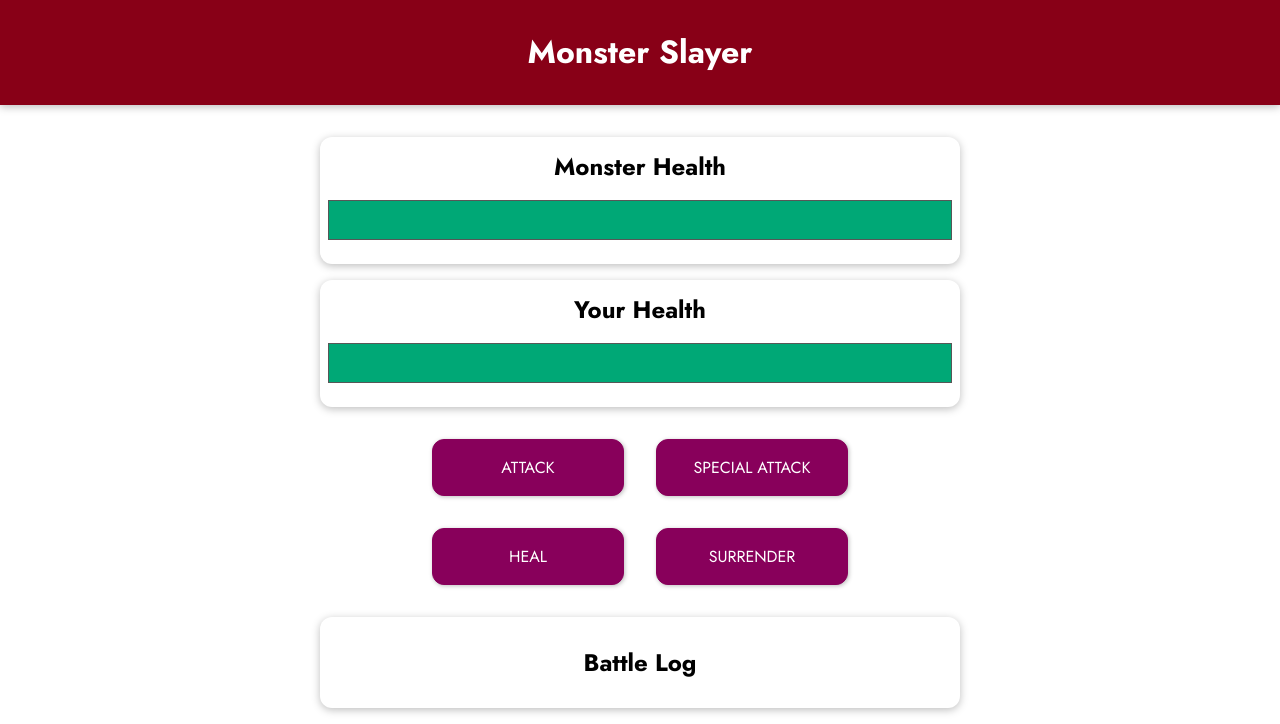
Repository: KayahanKahriman/vue-monster-game
Page: index.html
An editor plug-in stored every save of this project. The page is shown before and after the next save, followed by the edit.
The browser window is 1280 px wide. The pictures show the whole page.

Above is the page before, as saved 2022-02-14 13:40:18.

After the next save:
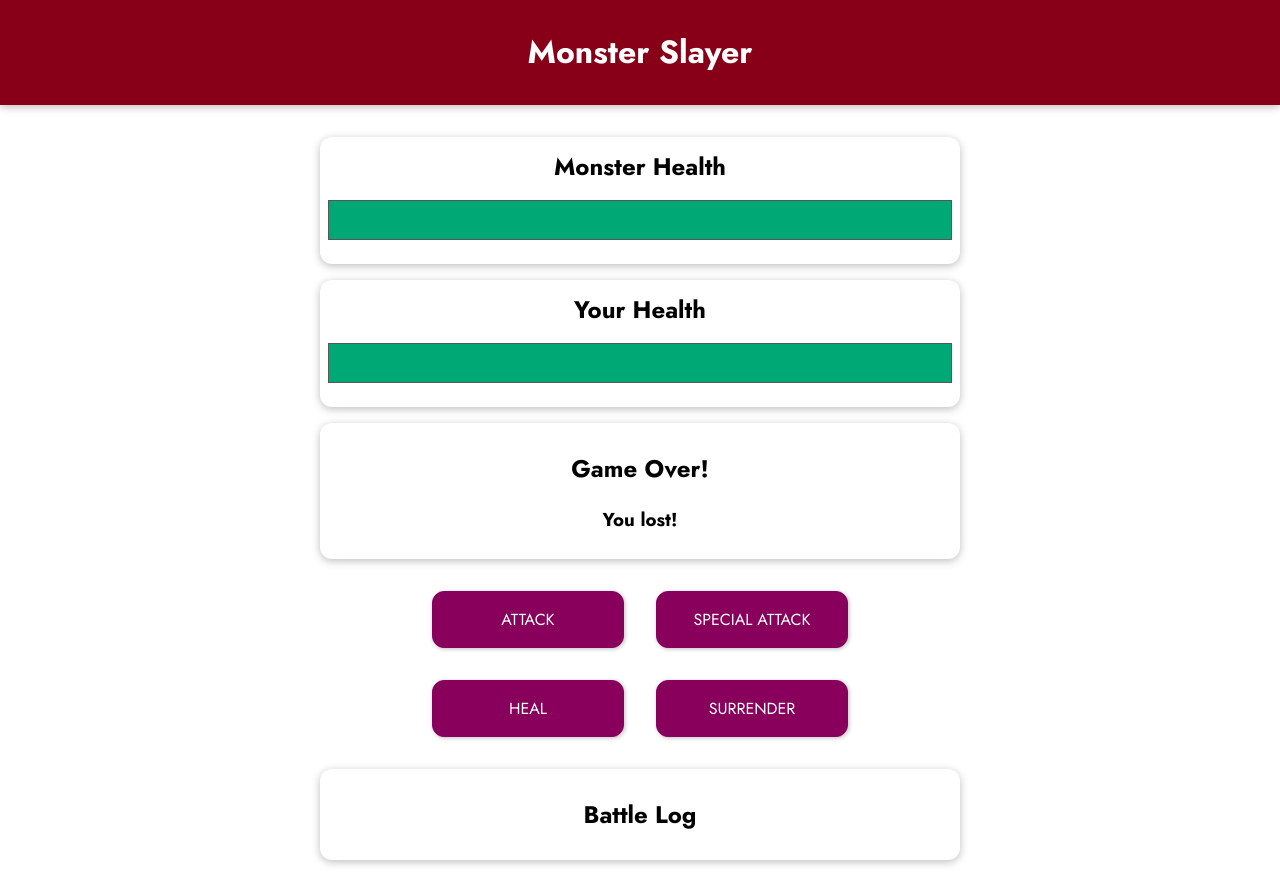
Saved 116 s later.
--- a/index.html
+++ b/index.html
@@ -28,6 +28,10 @@
         <div class="healthbar__value" :style="playerBarStyles"></div>
       </div>
     </section>
+    <section class="container">
+      <h2>Game Over!</h2>
+      <h3>You lost!</h3>
+    </section>
     <section id="controls">
       <button @click="attackMonster">ATTACK</button>
       <button :disabled="mayUseSpecialAttack" @click="specialAttackMonster">SPECIAL ATTACK</button>
